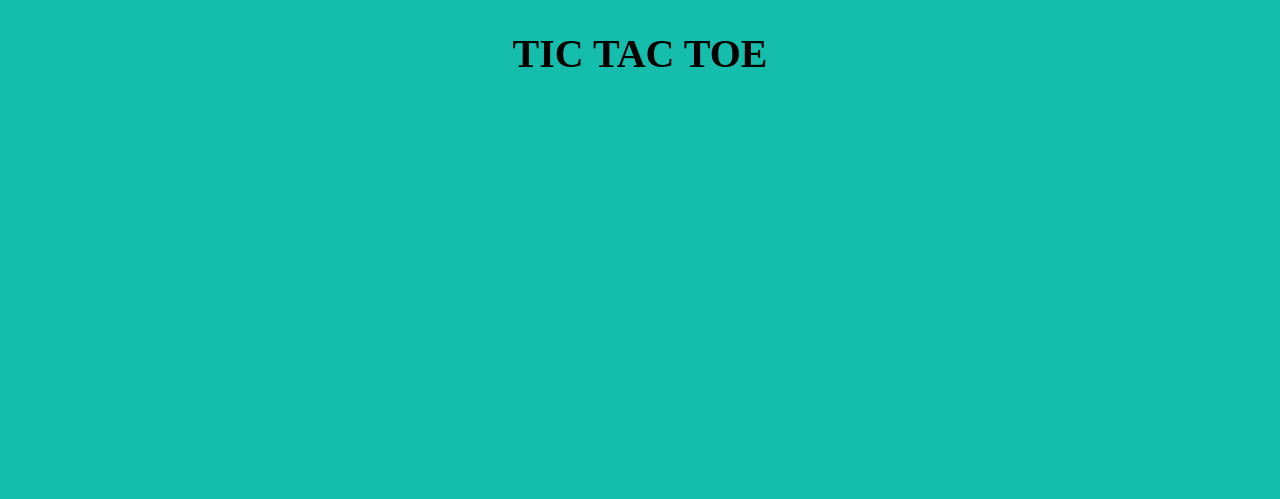
Repository: baumanmilosz/tictactoe
Page: index.html
These files come from the project's save history. The page is drawn as it stood at one moment and after the next save; the edit follows.
The browser window is 1280 px wide. The pictures show the whole page.

Above is the page before, as saved 2019-02-24 18:28:50.

### index.html
<!DOCTYPE html>
<html lang="en">

<head>
  <meta charset="UTF-8">
  <meta name="viewport" content="width=device-width, initial-scale=1.0">
  <meta http-equiv="X-UA-Compatible" content="ie=edge">
  <link rel="stylesheet" href="./style.css">
  <title>Tic Tac Toe</title>
</head>

<body>
  <header class="game-header">
    <h1 class="game-title">Tic Tac Toe</h1>
    <h2 class="winner"></h2>
  </header>
  <div class="board">
    <div class="box border" data-row="0" data-col="0"></div>
    <div class="box border" data-row="0" data-col="1"></div>
    <div class="box border" data-row="0" data-col="2"></div>
    <div class="box border" data-row="1" data-col="0"></div>
    <div class="box border" data-row="1" data-col="1"></div>
    <div class="box border" data-row="1" data-col="2"></div>
    <div class="box" data-row="2" data-col="0"></div>
    <div class="box" data-row="2" data-col="1"></div>
    <div class="box" data-row="2" data-col="2"></div>
  </div>

  <script src="./script.js"></script>
</body>

</html>

### style.css
* {
  margin: 0;
  padding: 0;
  box-sizing: border-box;
}

html {
  font-size: 10px;
}

body {
  position: relative;
  height: 100vh;
  background-color: #14BDAC;
}

.game-header {
  padding: 3rem 0;
  text-align: center;
}

.game-header .game-title {
  font-size: 4rem;
  text-transform: uppercase;
}

.game-header .winner {
  display: none;
}

.board {
  display: flex;
  flex-wrap: wrap;
  justify-content: center;
  align-items: center;
  position: absolute;
  left: 50%;
  top: 50%;
  transform: translate(-50%, -50%);
  width: 50vw;
  height: 50vw;
  max-width: 600px;
  max-height: 600px;
}

.box {
  width: 33.3%;
  height: 33.3%;
  display: flex;
  cursor: pointer;
  /* border: 5px solid #0DA192; */
}

.box {
  position: relative;
}

.box:nth-child(1,2) {
border-bottom: 10px solid #0DA192;
}

.box.circle::before, .box.cross::after {
  position: absolute;
  left: 50%;
  top: 50%;
  transform: translate(-50%,-50%);
  font-size: 40px;
}

.box.circle:before{
  content: 'O';
  color: #F2EBD3;
}

.box.cross::after{
  content: 'X';
  color: #545454;
}

### script.js
var boxes = document.querySelectorAll('.box');
const player1 = 'circle';
const player2 = 'cross';
let oddRound = true;

const board = [
  ['', '', ''],
  ['', '', ''],
  ['', '', '']
]

const winCombinations = [
  [0, 1, 2], [3, 4, 5], [6, 7, 8],
  [0, 3, 6], [1, 4, 7], [2, 5, 8],
  [0, 4, 8], [2, 4, 6]
]

function turn() {
  const { row, col } = this.dataset;

  if (this.classList.contains(player1) || this.classList.contains(player2)) return;
  const turn = oddRound ? player1 : player2;
  this.classList.add(turn);
  board[row][col] = turn;
  oddRound = !oddRound;

  check();
}

function check() {

  const result = board.reduce((total, row) => total.concat(row));

  let moves = {
    'circle': [],
    'cross': []
  };

  result.forEach((box, index) => moves[box] ? moves[box].push(index) : null);

  winCombinations.forEach(combination => {
    if (combination.every(index => moves[player1].indexOf(index) > -1)) {
      showWinner(player1);
    }
    if (winCombination.every(index => moves[player2].indexOf(index) > -1)) {
      showWinner(player2);
    }
  })
}

function showWinner(winPlayer) {
  const whoWinner = document.querySelector('.winner');

  whoWinner.style.display = 'block';
  whoWinner.textContent = `Winner: ${winPlayer} !`;
  boxes.forEach(box => box.removeEventListener('click', turn));
  setTimeout(() => window.location.reload(), 4000);
}

boxes.forEach(box => box.addEventListener('click', turn));

After the next save:
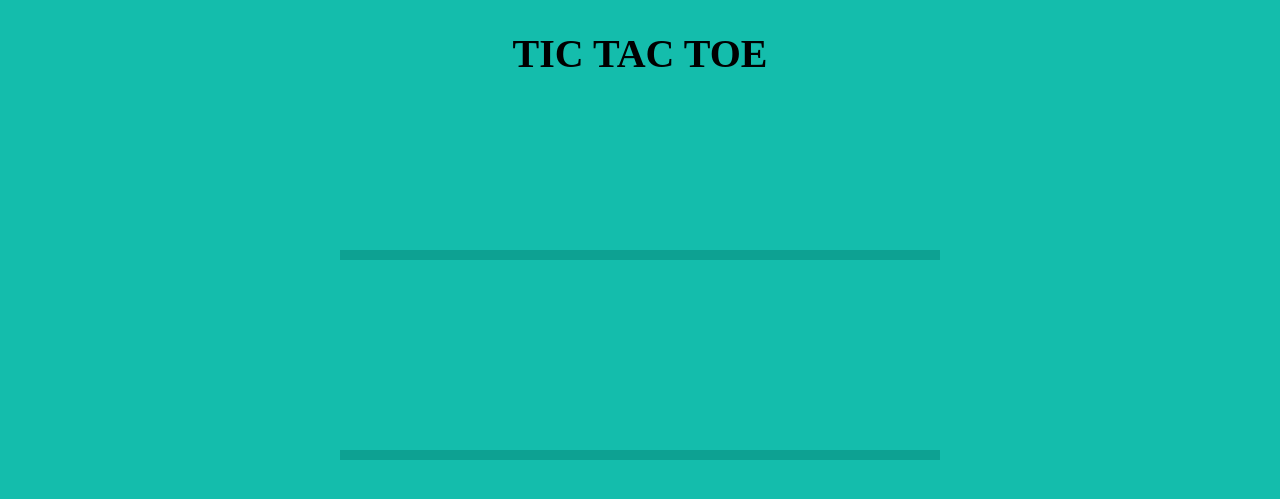
Saved 7 s later.
--- a/style.css
+++ b/style.css
@@ -55,7 +55,7 @@ body {
   position: relative;
 }
 
-.box:nth-child(1,2) {
+.box.border {
 border-bottom: 10px solid #0DA192;
 }
 

After the save that followed:
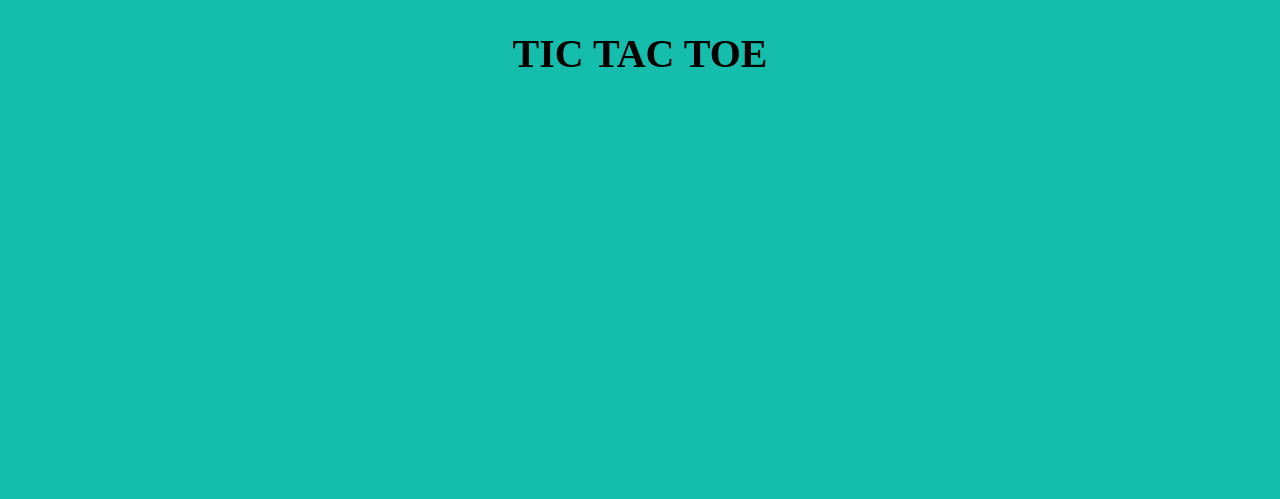
Saved 50 s later.
--- a/index.html
+++ b/index.html
@@ -15,12 +15,12 @@
     <h2 class="winner"></h2>
   </header>
   <div class="board">
-    <div class="box border" data-row="0" data-col="0"></div>
-    <div class="box border" data-row="0" data-col="1"></div>
-    <div class="box border" data-row="0" data-col="2"></div>
-    <div class="box border" data-row="1" data-col="0"></div>
-    <div class="box border" data-row="1" data-col="1"></div>
-    <div class="box border" data-row="1" data-col="2"></div>
+    <div class="box x-border" data-row="0" data-col="0"></div>
+    <div class="box x-border" data-row="0" data-col="1"></div>
+    <div class="box x-border" data-row="0" data-col="2"></div>
+    <div class="box x-border" data-row="1" data-col="0"></div>
+    <div class="box x-border" data-row="1" data-col="1"></div>
+    <div class="box x-border" data-row="1" data-col="2"></div>
     <div class="box" data-row="2" data-col="0"></div>
     <div class="box" data-row="2" data-col="1"></div>
     <div class="box" data-row="2" data-col="2"></div>
